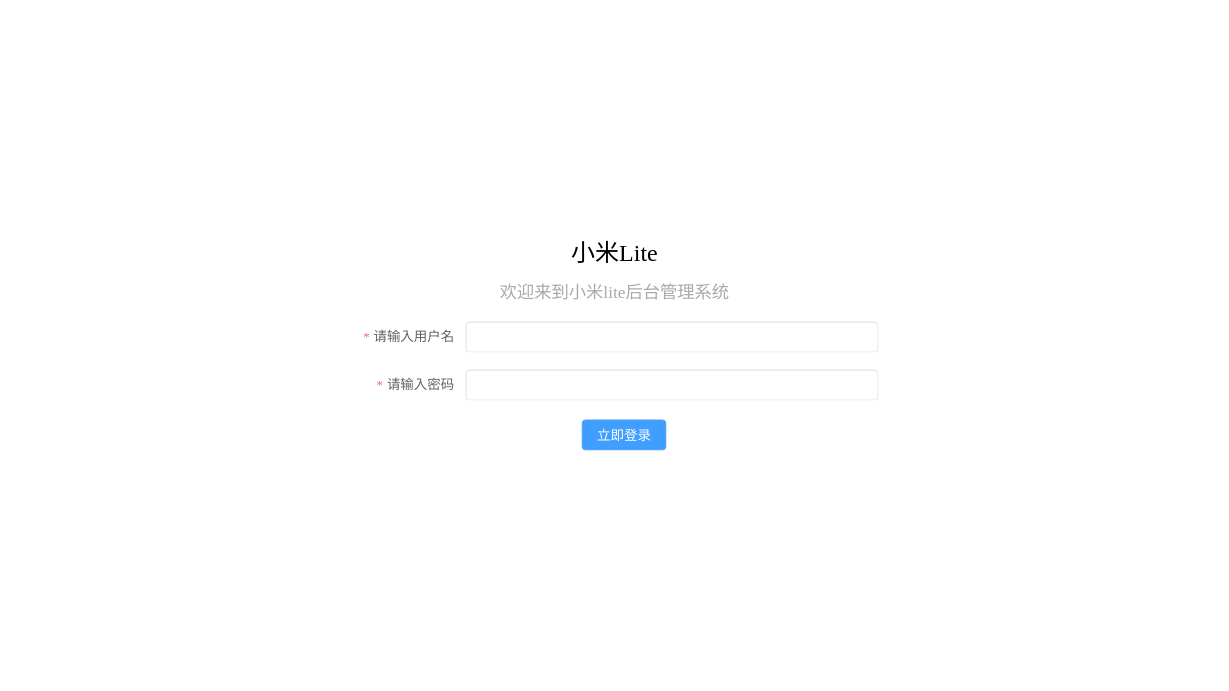
Repository: xinwuhao/CCG
Page: /login
These files come from the project's save history. The page is drawn as it stood at one moment and after the next save; the edit follows.
The browser window is 1280 px wide. The pictures show the whole page, at 96% of full size.
The project was rebuilt for these pictures with package versions that can differ from the ones it lists, and the page was loaded fresh each time. Also part of the build but not shown: vite.config.ts, src/components/navHeader/NavHeader.vue, src/components/navLeft/NavLeft.vue, src/views/layout/Layout.vue. Imported but missing from the stored project, and not drawn on this page: src/http/api.

Above is the page before, as saved 2021-09-22 11:46:21.

### src/main.ts
import { createApp } from 'vue'
import App from "./App.vue";
import router from "./router"
import ElementPlus from 'element-plus'
import 'element-plus/dist/index.css'
import * as Icons from '@element-plus/icons'
import { toLine } from './utils/index'

const app = createApp(App)

for (let i in Icons) {
    app.component(`el-icon${toLine(i)}`, (Icons as any)[i])
}

app.use(router)
app.use(ElementPlus)
app.mount('#app')

### src/App.vue
<template>
  <div>
    <router-view></router-view>
  </div>
</template>

<script setup lang="ts">
</script>

<style lang='scss'>
@import "./scssbox.scss";
</style>

### src/router/index.ts
import { createRouter, createWebHistory, RouteRecordRaw } from 'vue-router'
// import Home from '../views/homepage/homepage.vue'
import Layout from '../views/layout/Layout.vue'

const routes: Array<RouteRecordRaw> = [
  {
    path: '/login',
    name: 'Logon',
    component: () => import('../views/login/Login.vue'),
    meta: {
      title: '登录'
    }
  },
  {
    path: '/',
    component: Layout,
    // 子路由: children
    children: [
      {
        path: '/',
        name: '/',
        component: () => import('../views/homepage/homepage.vue'),
        meta: {
          title: '首页',
          meta: '/homepage'
        }
      },
      {
        path: '/discount',
        name: 'discount',
        component: () => import('../views/discount/discount.vue'),
        meta: {
          title: '优惠券管理',
          meta: '/discount'
        }
      },
      {
        path: '/navigation',
        name: 'navigation',
        component: () => import('../views/navigation/navigation.vue'),
        meta: {
          title: '推荐导航',
          meta: '/navigation'
        }
      },
      {
        path: '/user',
        name: 'user',
        component: () => import('../views/user/user.vue'),
        meta: {
          title: '用户管理',
          meta: '/user'
        }
      },
      {
        path: '/addgoods',
        name: 'addgoods',
        component: () => import('../views/goods/addgoods.vue'),
        meta: {
          title: '添加商品',
          meta: '/addgoods'
        }
      },
      {
        path: '/sortgoods',
        name: 'sortgoods',
        component: () => import('../views/goods/sortgoods.vue'),
        meta: {
          title: '商品分类',
          meta: '/sortgoods'
        }
      },
      {
        path: '/modelgoods',
        name: 'modelgoods',
        component: () => import('../views/goods/modelgoods.vue'),
        meta: {
          title: '商品模型',
          meta: '/modelgoods'
        }
      },
      {
        path: '/specsgoods',
        name: 'specsgoods',
        component: () => import('../views/goods/specsgoods.vue'),
        meta: {
          title: '商品规格',
          meta: '/specsgoods'
        }
      },
      {
        path: '/parametergoods',
        name: 'parametergoods',
        component: () => import('../views/goods/parametergoods.vue'),
        meta: {
          title: '商品参数',
          meta: '/parametergoods'
        }
      },
      {
        path: '/specifications',
        name: 'specifications',
        component: () => import('../views/goods/specifications.vue'),
        meta: {
          title: '规格参数',
          meta: '/specifications'
        }
      },
      {
        path: '/seckill',
        name: 'seckill',
        component: () => import('../views/seckill/seckill.vue'),
        meta: {
          title: '秒杀管理',
          meta: '/seckill'
        }
      },
      {
        path: '/order',
        name: 'order',
        component: () => import('../views/order/order.vue'),
        meta: {
          title: '订单管理',
          meta: '/order'
        }
      },
      {
        path: '/notice',
        name: 'notice',
        component: () => import('../views/notice/notice.vue'),
        meta: {
          title: '通知管理',
          meta: '/notice'
        }
      },
      {
        path: '/news',
        name: 'news',
        component: () => import('../views/news/news.vue'),
        meta: {
          title: '客服消息',
          meta: '/news'
        }
      },
    ]
  }
]

const router = createRouter({
  history: createWebHistory(),
  routes
})

router.beforeEach((to, from, next) => {
  document.title = to.meta.title as string
  next()
})

export default router

### src/utils/index.ts
export const toLine = (str: string) => {
  return str.replace(/([A-Z])/g, "-$1").toLowerCase()
}

### src/scssbox.scss
* {
    margin: 0;
    padding: 0;
}

html,
body,
#app,
.el-container,
.el-menu {
    height: 100%;
}

### src/views/login/login.vue
<template>
  <div class="box">
    <div>
      <div class="siez1">小米Lite</div>
      <div class="size">欢迎来到小米lite后台管理系统</div>
      <el-form
        :model="ruleForm"
        :rules="rules"
        ref="ruleForm"
        label-width="120px"
        class="bo"
      >
        <el-form-item label="请输入用户名" prop="username">
          <el-input v-model="ruleForm.username"></el-input>
        </el-form-item>
        <el-form-item label="请输入密码" prop="password">
          <el-input type="password" v-model="ruleForm.password"></el-input>
        </el-form-item>
        <div class="cent">
          <el-form-item>
            <el-button type="primary" size="medium" @click="submitForm"
              >立即登录</el-button
            >
          </el-form-item>
        </div>
      </el-form>
    </div>
  </div>
</template>

<script setup lang="ts">
import { defineComponent, ref } from "vue";
import { ElMessage } from "element-plus";
import { useRoute, useRouter } from "vue-router";
import api from "../../http/aip";

interface Obj {
  username: string;
  password: string;
}

//定义变量
const ruleFormsss = ref(null);
let ruleForm = ref<Obj>({
  username: "",
  password: "",
});
let router = useRouter();
let rules = {
  username: [{ required: true, message: "请输入用户名", trigger: "blur" }],
  password: [{ required: true, message: "请输入密码", trigger: "blur" }],
};
//   //定义方法
let submitForm = () => {
  api
    .login({
      username: ruleForm.value.username,
      password: ruleForm.value.password,
    })
    .then((res: any) => {
      if (res.code == 200) {
        ElMessage.success("登录成功");
        localStorage.setItem("login", JSON.stringify(res.data));
        localStorage.setItem("token", res.token);
        router.push("/");
      } else {
        ElMessage.error("用户名或密码有误，请重新输入");
      }
    })
    .catch((err: any) => {
      console.log(err);
    });
};
</script>

<style scoped>
.box {
  height: 100vh;
  width: 100%;
  display: flex;
  justify-content: center;
  align-items: center;
}
.cent {
  display: flex;
  justify-content: center;
  margin: 20px 100px 0px 0px;
}
.size {
  font-size: 18px;
  color: #a9a9a9;
  text-align: center;
}
.bo {
  width: 550px;
  margin-top: 20px;
}
.siez1 {
  font-size: 25px;
  text-align: center;
  margin: 10px 0px;
  flex-wrap: wrap;
}
</style>

### src/http/aip.ts
import http from "./"

export default {
  // 上传图片
  upload() {
    return http.post('/admin/upload')
  },
  // 获取首页数据
  getIndex() {
    return http.get('/admin/index')
  },
  // 用户名登录
  login({ username, password }: { username: string, password: string }) {
    return http.post('/admin/login', {
      // 用户名
      username,
      // 密码
      password,
    })
  },
  // 获取用户
  getUser({ current, pageSize, query }: { current: number, pageSize: number, query: string }) {
    return http.get(`/admin/allUser?current=${current}&pageSize=${pageSize}&query=${query}`)
  },
  // 添加用户
  addUser({ username, avatar, email, mobile, password, status }: { username: string, password: string, avatar: string, email: string, mobile: string, status: boolean }) {
    return http.post('/admin/addUser', {
      // 用户名
      username,
      // 用户头像
      avatar,
      // 用户邮箱
      email,
      // 用户电话
      mobile,
      // 是否禁用
      status,
      // 用户密码
      password
    })
  },
  // 删除用户
  delUser(id: string) {
    return http.post('/admin/delUser', {
      // 用户id
      id
    })
  },
  // 显示轮播图
  showUser({ id, status }: { id: string, status: boolean }) {
    return http.post('/admin/showUser', {
      // 轮播图id
      id,
      // 是否禁用
      status
    })
  },
  // 修改轮播图
  updateUser({ id, username, avatar, email, mobile, status }: { id: string, username: string, avatar: string, email: string, mobile: string, status: boolean }) {
    return http.post('/admin/updateUser', {
      id,
      username,
      avatar,
      email,
      mobile,
      status
    })
  },

  // 获取轮播图
  getBanner({ current, pageSize, query }: { current: number, pageSize: number, query: string }) {
    return http.get(`/admin/getBanner?current=${current}&pageSize=${pageSize}&query=${query}`)
  },
  // 新增轮播图
  addBanner({ url, title, link }: { url: string, title: string, link: string }) {
    return http.post('/admin/addBanner', {
      url,
      title,
      link
    })
  },
  // 删除轮播图
  delBanner(id: string) {
    return http.post('/admin/delBanner', {
      id
    })
  },
  // 显示轮播图
  showBanner({ id, isShow }: { id: string, isShow: boolean }) {
    return http.post('/admin/showBanner', {
      id,
      isShow
    })
  },
  // 修改轮播图
  updateBanner({ id, url, title, link }: { id: string, url: string, title: string, link: string }) {
    return http.post('/admin/updateBanner', {
      id,
      url,
      title,
      link
    })
  },
  // 获取通知
  getNotice({ current, pageSize, query }: { current: number, pageSize: number, query: string }) {
    return http.get(`/admin/getNotice?current=${current}&pageSize=${pageSize}&query=${query}`)
  },
  // 新增通知
  addNotice({ content }: { content: string}) {
    return http.post('/admin/addNotice', {
      content
    })
  },
  // 删除通知
  delNotice(id: string) {
    return http.post('/admin/delNotice', {
      id
    })
  },
  // 显示通知
  showNotice({ id, isShow }: { id: string, isShow: boolean }) {
    return http.post('/admin/showNotice', {
      id,
      isShow
    })
  },
  // 修改通知
  updateNotice({ id, content }: { id: string, content: string, }) {
    return http.post('/admin/updateNotice', {
      id,
      content
    })
  },
  // 获取订单
  getOrder() {
    return http.get(`/admin/getOrder`)
  },

  // 获取导航
  getNav({ current, pageSize, query }: { current: number, pageSize: number, query: string }) {
    return http.get(`/admin/getNav?current=${current}&pageSize=${pageSize}&query=${query}`)
  },
  // 新增导航
  addNav({ title, url }: { title: string, url: string }) {
    return http.post('/admin/addNav', {
      title,
      url
    })
  },
  // 删除导航
  delNav(id: string) {
    return http.post('/admin/delNav', {
      id
    })
  },
  // 显示导航
  showNav({ id, isShow }: { id: string, isShow: boolean }) {
    return http.post('/admin/showNav', {
      id,
      isShow
    })
  },
  // 修改导航
  updateNav({ id, url, title }: { id: string, url: string, title: string }) {
    return http.post('/admin/updateNav', {
      id,
      url,
      title
    })
  },


  // 获取导航
  getRecommendNav({ current, pageSize, query }: { current: number, pageSize: number, query: string }) {
    return http.get(`/admin/getIndexNav?current=${current}&pageSize=${pageSize}&query=${query}`)
  },
  // 新增导航
  addRecommendNav({ name, desc, goods }: { name: string, desc: string, goods: any }) {
    return http.post('/admin/addIndexNav', {
      name,
      desc,
      goods
    })
  },
  // 删除导航
  delRecommendNav(id: string) {
    return http.post('/admin/delIndexNav', {
      id
    })
  },
  // 显示导航
  showRecommendNav({ id, isShow }: { id: string, isShow: boolean }) {
    return http.post('/admin/showIndexNav', {
      id,
      isShow
    })
  },
  // 修改导航
  updateRecommendNav({ id, name, desc, goods }: { id: string, name: string, desc: string, goods: any }) {
    return http.post('/admin/updateIndexNav', {
      id,
      name,
      desc,
      goods
    })
  },

  // 添加商品模型
  addModel({ name }: { name: string }) {
    return http.post('/admin/addModel', {
      name
    })
  },
  getModel({ current, pageSize, query }: { current: number, pageSize: number, query: string }) {
    return http.get(`/admin/getModel?current=${current}&pageSize=${pageSize}&query=${query}`)
  },
  delModel(id: string) {
    return http.post('/admin/delModel', {
      id
    })
  },
  // 修改商品参数
  updateModel({ id, name }: { id: string, name: string }) {
    return http.post('/admin/updateModel', {
      id,
      name
    })
  },
  // 获取商品规格
  getSpec({ parentId }: { parentId: string }) {
    return http.post(`/admin/getSpec`, {
      parentId
    })
  },
  addSpec({ name, model, spec_item, mode, parentId }: { name: string, model: string, spec_item: string[], mode: string, parentId: string }) {
    return http.post('/admin/addSpec', {
      name,
      model,
      spec_item,
      mode,
      parentId
    })
  },
  delSpec({ parentId, attrId }: { parentId: string, attrId: string }) {
    return http.post(`/admin/delSpec`, {
      parentId,
      attrId
    })
  },
  getCategory(query: string) {
    return http.get(`/admin/getCategory?current=1&pageSize=10000&query=${query}`)
  },
  // 添加一级分类
  addCategory({ name, short_name, isShow }: { name: string, short_name?: string, isShow?: boolean }) {
    return http.post('/admin/addCategory', {
      name,
      short_name,
      isShow,
    })
  },
  // 添加二级分类
  addSecondCategory({ name, parentId, isShow }: { name: string, parentId: string, isShow: string }) {
    return http.post('/admin/addSecondCategory', {
      name,
      parentId,
      isShow
    })
  },
  // 获取商品
  getGoods({ current, pageSize, query }: { current: number, pageSize: number, query: string }) {
    return http.get(`/admin/getGoods?current=${current}&pageSize=${pageSize}&query=${query}`)
  },
  delGoods(id: string) {
    return http.post('/admin/delGoods', {
      id
    })
  },
  // 添加商品
  addGoods({ name, category, pic, video, cover, originalPrice, presentPrice, discount, detail, spec, introduction, company, stock, isNewGood, isHot, isRecommend, comment, isShow, sellDesc, productionDesc }:
    { name: string, category: string, pic?: string[], video?: string[], cover: string, originalPrice: string, presentPrice: string, discount: string[], detail: string, spec: string[], introduction: string, company: string, stock: string, isNewGood: boolean, isHot: boolean, isRecommend: boolean, comment: string[], isShow: boolean, sellDesc: string[], productionDesc: string[] }) {
    return http.post('/admin/addGoods', {
      // 商品名称
      name,
      // 商品分类
      category,
      // 商品图片
      pic,
      // 商品视频
      video,
      // 是否新品
      isHot,
      // 是否推荐
      isRecommend,
      // 封面图
      cover,
      // 原价
      originalPrice,
      // 现价
      presentPrice,
      // 优惠
      discount,
      // 商品详情
      detail,
      // 商品规格
      spec,
      // 商品简介
      introduction,
      // 商品单位
      company,
      // 商品库存
      stock,
      // 是否新品
      isNewGood,
      // 商品评价
      comment,
      // 是否显示
      isShow,
      // 推荐介绍
      sellDesc,
      // 产品介绍
      productionDesc
    })
  },
  // 获取
  getParams({ parentId }: { parentId: string }) {
    return http.post(`/admin/getParams`, {
      parentId
    })
  },
  // 新增商品参数
  addParams({ parentId, url, name, desc }: { parentId: string, url: string, name: string, desc: string }) {
    return http.post('/admin/addParams', {
      parentId,
      url,
      name,
      desc
    })
  },
  // 删除商品参数
  delParams({ parentId, attrId }: { parentId: string, attrId: string }) {
    return http.post('/admin/delParams', {
      parentId,
      attrId,
    })
  },
  // 修改商品参数
  updateParams({ id, url, name, desc }: { id: string, url: string, name: string, desc: string }) {
    return http.post('/admin/updateParams', {
      id,
      url,
      name,
      desc
    })
  },
  // 获取
  getSpecParams({ parentId }: { parentId: string }) {
    return http.post(`/admin/getSpecParams`, {
      parentId
    })
  },
  // 新增商品参数
  addSpecParams({ parentId, specParams }: { parentId: string, specParams: string, }) {
    return http.post('/admin/addSpecParams', {
      parentId,
      specParams
    })
  },
  // 删除商品参数
  delSpecParams({ parentId, attrId }: { parentId: string, attrId: string }) {
    return http.post('/admin/delSpecParams', {
      parentId,
      attrId,
    })
  },
  // 修改商品参数
  updateSpecParams({ id, specParams }: { id: string, specParams: string }) {
    return http.post('/admin/updateSpecParams', {
      id,
      specParams
    })
  },

  // 获取秒杀
  getSeckill({ current, pageSize, query }: { current: number, pageSize: number, query: string }) {
    return http.get(`/admin/getSeckill?current=${current}&pageSize=${pageSize}&query=${query}`)
  },
  // 添加秒杀
  addSeckill({ start_time, end_time, goods_number, price, goods, isShow }: { price: string, start_time: string, end_time: string, goods_number: string, goods: any, isShow: boolean }) {
    return http.post('/admin/addSeckill', {
      start_time,
      end_time,
      goods_number,
      goods,
      isShow,
      price
    })
  },
  // 删除秒杀
  delSeckill({id, goodsId}: {id: string,  goodsId: string}) {
    return http.post('/admin/delSeckill', {
      id,
      goodsId,
    })
  },
  // 显示秒杀
  showSeckill({ id, isShow }: { id: string, isShow: boolean }) {
    return http.post('/admin/showSeckill', {
      id,
      isShow
    })
  },
  // 修改秒杀
  updateSeckill({ start_time, end_time, goods_number, goods, isShow }: { start_time: string, end_time: string, goods_number: string, goods: string, isShow: boolean }) {
    return http.post('/admin/updateSeckill', {
      // 开始时间
      start_time,
      // 结束时间
      end_time,
      // 秒杀数量
      goods_number,
      // 秒杀商品
      goods,
      // 是否显示
      isShow
    })
  },
  // 获取优惠券
  getCoupon({ current, pageSize, query }: { current: number, pageSize: number, query: string }) {
    return http.get(`/admin/getCoupon?current=${current}&pageSize=${pageSize}&query=${query}`)
  },
  addCoupon({ name, amount, threshold, start_time, end_time, number, isShow }: { name: string, amount: string, threshold: string, start_time: string, end_time: string, number: string, isShow: boolean }) {
    return http.post('/admin/addCoupon', {
      // 优惠券名称
      name,
      // 优惠券数量
      amount,
      // 优惠内容
      threshold,
      // 开始时间
      start_time,
      // 结束时间
      end_time,
      // 优惠券数量
      number,
      // 是否显示
      isShow
    })
  },
  delCoupon(id: string) {
    return http.post('/admin/delCoupon', {
      id
    })
  },
  showCoupon({ id, isShow }: { id: string, isShow: boolean }) {
    return http.post('/admin/showCoupon', {
      id,
      isShow
    })
  },
  updateCoupon({ start_time, end_time, goods_number, goods, isShow }: { start_time: string, end_time: string, goods_number: string, goods: string, isShow: boolean }) {
    return http.post('/admin/updateCoupon', {
      start_time,
      end_time,
      goods_number,
      goods,
      isShow
    })
  },
}

### src/http/index.ts
import axios, { AxiosError, AxiosRequestConfig, AxiosResponse } from 'axios'


const http = axios.create({
   baseURL: 'http://localhost:1001',
   timeout: 10000
})


http.interceptors.request.use((config: AxiosRequestConfig) => {
   let token = localStorage.getItem('token')
   if (token) {
      config.headers['Authorization'] = token
   }
   return config
}, (err: AxiosError) => {
   return Promise.reject(err)
})


http.interceptors.response.use((res: any) => {
   return res.data
}, (err: AxiosError) => {
   let status: number = err.response! && err.response!.status
   if (status === 401) {

   }
   if (status === 400) {

   }
   if (status === 403) {

   }
   if (status === 404) {

   }
   if (status === 500) {

   }
   if (status === 503) {

   }
   return Promise.reject(err)
})


export default http

Loaded but not shown: index.html (common file)

After the next save:
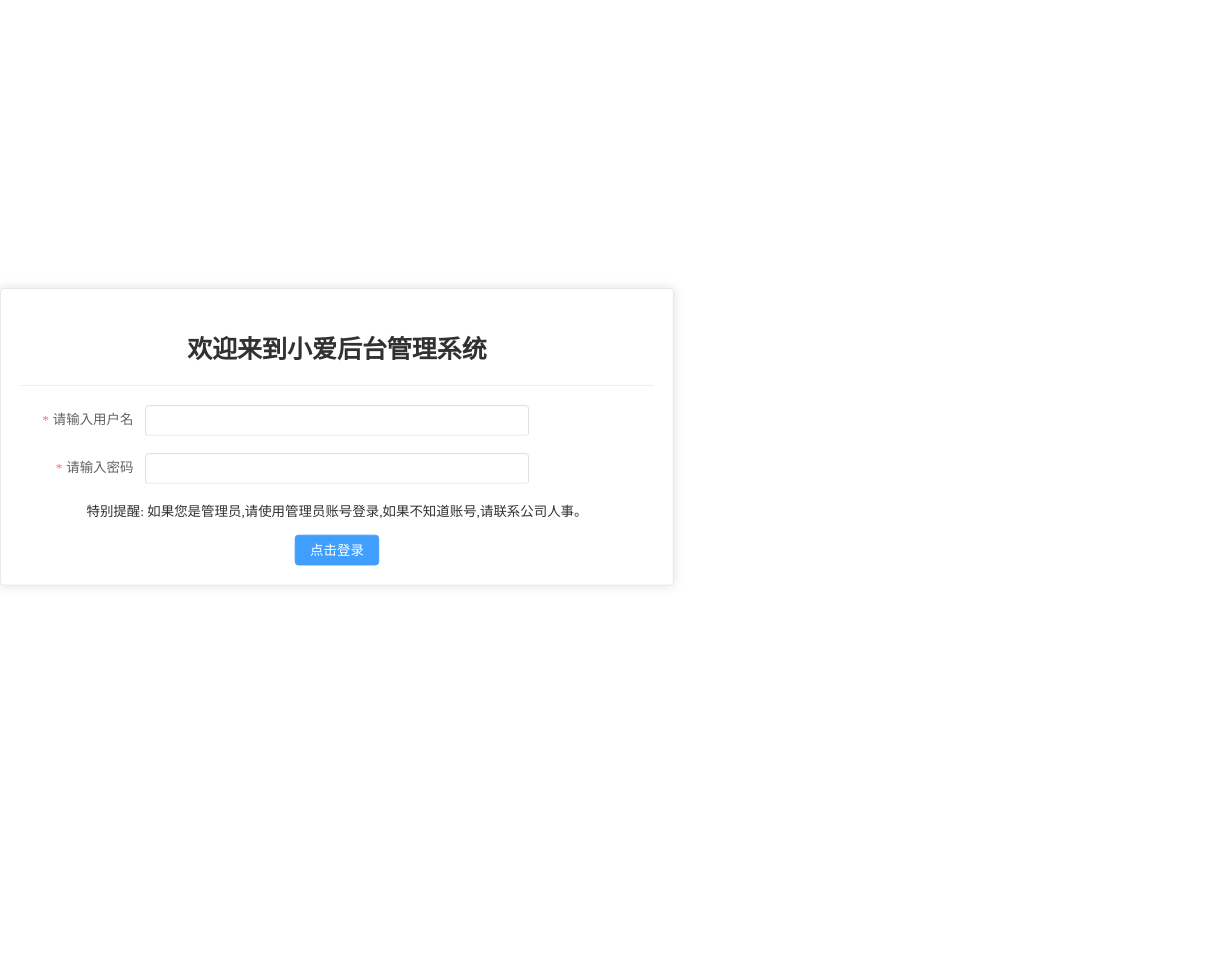
Saved 92 s later.
--- a/src/views/login/login.vue
+++ b/src/views/login/login.vue
@@ -1,70 +1,85 @@
 <template>
-  <div class="box">
-    <div>
-      <div class="siez1">小米Lite</div>
-      <div class="size">欢迎来到小米lite后台管理系统</div>
-      <el-form
-        :model="ruleForm"
-        :rules="rules"
-        ref="ruleForm"
-        label-width="120px"
-        class="bo"
-      >
-        <el-form-item label="请输入用户名" prop="username">
-          <el-input v-model="ruleForm.username"></el-input>
-        </el-form-item>
-        <el-form-item label="请输入密码" prop="password">
-          <el-input type="password" v-model="ruleForm.password"></el-input>
-        </el-form-item>
-        <div class="cent">
-          <el-form-item>
-            <el-button type="primary" size="medium" @click="submitForm"
-              >立即登录</el-button
-            >
-          </el-form-item>
+  <div class="box display align-c justify-c">
+    <el-card class="box-card">
+      <div class="text item">
+        <div class="fontTile">欢迎来到小爱后台管理系统</div>
+        <!-- 表单 -->
+        <div class="urename">
+          <el-form
+            :model="user"
+            :rules="rules"
+            ref="ruleForm"
+            label-width="130px"
+            class="demo-ruleForm"
+          >
+            <el-form-item label="请输入用户名" prop="username">
+              <el-input v-model="user.username" class="inpud"></el-input>
+            </el-form-item>
+            <el-form-item label="请输入密码" prop="password">
+              <el-input v-model="user.password" class="inpud"></el-input>
+            </el-form-item>
+          </el-form>
         </div>
-      </el-form>
-    </div>
+        <!-- 登录按钮 -->
+        <div class="fonts">
+          特别提醒:
+          如果您是管理员,请使用管理员账号登录,如果不知道账号,请联系公司人事。
+        </div>
+        <div class="buttop">
+          <el-button type="primary" @click="getlong">点击登录</el-button>
+        </div>
+      </div>
+    </el-card>
   </div>
 </template>
 
 <script setup lang="ts">
 import { defineComponent, ref } from "vue";
+import api from "../../http/api";
 import { ElMessage } from "element-plus";
 import { useRoute, useRouter } from "vue-router";
-import api from "../../http/aip";
-
 interface Obj {
   username: string;
   password: string;
 }
 
-//定义变量
-const ruleFormsss = ref(null);
-let ruleForm = ref<Obj>({
+// 定义变量
+let user = ref<Obj>({
   username: "",
   password: "",
 });
 let router = useRouter();
-let rules = {
-  username: [{ required: true, message: "请输入用户名", trigger: "blur" }],
-  password: [{ required: true, message: "请输入密码", trigger: "blur" }],
-};
-//   //定义方法
-let submitForm = () => {
+
+let rules = ref<any>({
+  username: [
+    { required: true, message: "请输入用户名", trigger: "blur" },
+    { min: 3, max: 5, message: "长度在 3 到 5 个字符", trigger: "blur" },
+  ],
+  password: [
+    { required: true, message: "请输入密码", trigger: "blur" },
+    { min: 3, max: 8, message: "长度在 3 到 8 个字符", trigger: "blur" },
+  ],
+});
+// 点击确定
+let getlong = () => {
   api
     .login({
-      username: ruleForm.value.username,
-      password: ruleForm.value.password,
+      // 用户名
+      username: user.value.username,
+      // 密码
+      password: user.value.password,
     })
     .then((res: any) => {
-      if (res.code == 200) {
-        ElMessage.success("登录成功");
-        localStorage.setItem("login", JSON.stringify(res.data));
+      if (res.code === 200) {
         localStorage.setItem("token", res.token);
+        localStorage.setItem("uname", JSON.stringify(res.data));
         router.push("/");
+        ElMessage.success({
+          message: res.msg,
+          type: "success",
+        });
       } else {
-        ElMessage.error("用户名或密码有误，请重新输入");
+        ElMessage.error(res.msg);
       }
     })
     .catch((err: any) => {
@@ -74,31 +89,41 @@
 </script>
 
 <style scoped>
-.box {
-  height: 100vh;
-  width: 100%;
+.text {
+  font-size: 14px;
+}
+
+.box-card {
+  width: 700px;
+  margin-top: 300px;
+}
+.fontTile {
+  height: 80px;
+  font-size: 26px;
+  font-weight: bold;
   display: flex;
+  align-items: center;
   justify-content: center;
+  border-bottom: 1px #eeeeee solid;
+}
+.inpud {
+  width: 400px;
+}
+.buttop {
+  margin-top: 15px;
+  display: flex;
   align-items: center;
+  justify-content: center;
 }
-.cent {
+.fonts {
+  font-size: 14px;
   display: flex;
+  align-items: center;
   justify-content: center;
-  margin: 20px 100px 0px 0px;
 }
-.size {
-  font-size: 18px;
-  color: #a9a9a9;
-  text-align: center;
-}
-.bo {
-  width: 550px;
+.urename {
+  display: flex;
+  flex-direction: column;
   margin-top: 20px;
 }
-.siez1 {
-  font-size: 25px;
-  text-align: center;
-  margin: 10px 0px;
-  flex-wrap: wrap;
-}
 </style>
